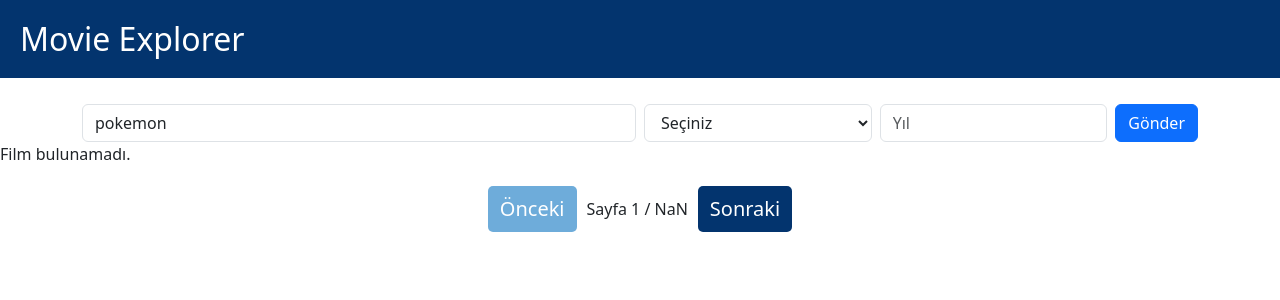
Repository: denizdizi/movie-explorer
Page: /
An editor plug-in stored every save of this project. The page is shown before and after the next save, followed by the edit.
The browser window is 1280 px wide. The pictures show the whole page.
The page's requests for data from a server got no answer. The project was rebuilt for these pictures with package versions that can differ from the ones it lists, and the page was loaded fresh each time. No one was signed in, and anything a server would have sent is missing. Also part of the build but not shown: src/App.css, src/components/MovieCard.js, src/pages/MovieDetail.js.

Above is the page before, as saved 2025-03-29 01:08:00.

### src/index.js
import React from 'react';
import ReactDOM from 'react-dom/client';
import './index.css';
import App from './App';
import reportWebVitals from './reportWebVitals';
import { Provider } from 'react-redux';
import store from "./store/store";
import 'bootstrap/dist/css/bootstrap.min.css';
import 'bootstrap/dist/js/bootstrap.bundle.min';

const root = ReactDOM.createRoot(document.getElementById('root'));
root.render(
  <Provider store={store}>
    <App />
  </Provider>
);

// If you want to start measuring performance in your app, pass a function
// to log results (for example: reportWebVitals(console.log))
// or send to an analytics endpoint. Learn more: https://bit.ly/CRA-vitals
reportWebVitals();

### src/App.js
import './App.css';
import React from "react";
import { BrowserRouter as Router, Routes, Route } from "react-router-dom";
import Home from "./pages/Home";
import MovieDetails from "./pages/MovieDetail";
import "./styles/global.scss";

function App() {
  return (
    <Router>
      <Routes>
        <Route path="/" element={<Home />} />
        <Route path="/movie/:id" element={<MovieDetails />} />
      </Routes>
    </Router>
  );
}

export default App;

### src/store/store.js
import { createStore, applyMiddleware, combineReducers } from "redux";
import { thunk } from "redux-thunk";
import movieReducer from "./reducers";

const rootReducer = combineReducers({
  movies: movieReducer,
});

const store = createStore(rootReducer, applyMiddleware(thunk));

export default store;

### src/pages/Home.js
import React, { useEffect, useState } from "react";
import { useDispatch, useSelector } from "react-redux";
import { fetchMovies } from "../store/actions";
import { setPage } from "../store/actions";
import MovieList from "../components/MovieList";
import SearchBar from "../components/SearchBar";
import Pagination from "../components/Pagination";
import { TailSpin } from 'react-loader-spinner';

const Home = () => {
  const dispatch = useDispatch();
  const { movies } = useSelector((state) => state);

  useEffect(() => {
    dispatch(fetchMovies(movies.formData.query, movies.currentPage, movies.formData.type, movies.formData.year));
  }, [dispatch, movies.currentPage]);

  const handlePageChange = (newPage) => {
    dispatch(setPage(newPage));
  };

  return (
    <div>
      <h1 className="page-title">Movie Explorer</h1>
      <SearchBar/>
      {movies.loading && (
        <div className="loading-overlay">
          {/* TailSpin spinner'ını burada gösteriyoruz */}
          <TailSpin
            height="100"
            width="100"
            color="#00BFFF"
            ariaLabel='loading'
          />
        </div>
      )}
      {movies.error && <p>Hata: {movies.error}</p>}
      <MovieList movies={movies} />
      <Pagination
        currentPage={movies.currentPage}
        totalResults={movies.totalResults}
        onPageChange={handlePageChange}
      />
    </div>
  );
};

export default Home;

### src/styles/global.scss
body {
    padding-top: 80px;
    font-family: 'Franklin Gothic Medium', 'Arial Narrow', Arial, sans-serif;
    background-color: #f9f9f9;
}

.movie-list {
    justify-content: center;
}

.movie-line {
  display: flex;
  flex-wrap: wrap;
  align-items: center;
  margin-bottom: 2em;
  background-color: #f9f9f9;
  gap: 2em;
  justify-content: center;
}

.movie-card {
  width: 100%; /* Kartın genişliği */
  height: 300px; /* Kartın yüksekliği */
  border-radius: 10px; /* Köşeleri yuvarlat */
  box-shadow: 0 4px 8px rgba(0, 0, 0, 0.2); /* Gölgelendirme */
  overflow: hidden; /* İçerik taşmasını engelle */
  background-color: #fff; /* Arka plan beyaz */
  display: flex;
  flex-direction: column; /* İçeriği dikey yerleştir */
  align-items: center;
  justify-content: flex-start; /* Başlık ve içerikler üst kısımda yer alsın */
  padding: 10px;
  border: 1px solid #ddd; /* Çerçeve */
}

.img-container {
  width: 100%; /* Konteynerin genişliği */
  height: 60%; /* Resmin yüksekliği */
  overflow: hidden;
  padding: 0; /* Paddingi sıfırlayın */
  display: flex;
  justify-content: center;
  align-items: center; /* Resmin ortalanması için */
  border-radius: 5px;
}

.img-container img {
  width: 100%;
  height: 100%;
  object-fit: cover; /* Resmi konteynere tam sığdır */
  object-position: center;
}

.movie-card h3 {
  margin-top: 10px;
  font-size: 16px;
  text-align: center;
}

@media (max-width: 700px) {
  .movie-line {
    flex-direction: column;
  }

  .img-container {
    height: 60%; /* Küçük ekranlarda img-container yüksekliğini azaltın */
  }
}

.search-bar {
    display: flex;
    align-items: center;
    justify-content: center;
    margin: 20px 0;
  }

  .input-wrapper {
    display: flex;
    position: relative;
  }

  .search-input {
    padding: 10px;
    font-size: 1rem;
    border-radius: 5px;
    border: 1px solid #ccc;
    width: 300px;
    transition: all 0.3s ease;
  }

  .search-input:focus {
    border-color: #007bff;
    outline: none;
  }

  .clear-btn {
    position: absolute;
    top: 50%;
    right: 10px;
    transform: translateY(-50%);
    background: none;
    border: none;
    font-size: 18px;
    color: #ccc;
    cursor: pointer;
    transition: color 0.3s;
  }

  .search-btn {
    padding: 10px 20px;
    background-color: #03346E;
    color: white;
    border: none;
    border-radius: 5px;
    cursor: pointer;
    margin-left: 10px;
    font-size: 1rem;
  }

  .search-btn:hover {
    background-color: #0056b3;
  }

  .page-title {
    background-color: #03346E; /* Başlık arkaplan rengini koyu gri yapıyoruz */
    color: #fff; /* Yazı rengini beyaz yapıyoruz */
    padding: 20px; /* Arka planın etrafına biraz boşluk ekliyoruz */
    font-size: 2em; /* Başlık boyutunu büyütüyoruz */
    position: fixed; /* Başlık sabitlenecek */
    top: 0; /* Başlık üstte olacak */
    left: 0; /* Başlık solda olacak */
    width: 100%; /* Başlık tam genişlikte olacak */
    z-index: 1000; /* Başlık, diğer içeriklerin üstünde yer alacak */
    margin-top: 0;
  }

  .loading-overlay {
    position: fixed;
    top: 0;
    left: 0;
    width: 100%;
    height: 100%;
    background-color: rgba(0, 0, 0, 0.5); /* Yarı saydam siyah arka plan */
    display: flex;
    justify-content: center;
    align-items: center;
    z-index: 9999; /* Diğer içeriklerin üstünde olmalı */
  }

  .pagination {
    display: flex;
    justify-content: center;
    align-items: center;
    gap: 10px;
    margin: 20px 0;

    button {
      padding: 8px 12px;
      font-size: 20px;
      cursor: pointer;
      border: none;
      background: #03346E;
      color: white;
      border-radius: 5px;

      &:disabled {
        background: #6EACDA;
        cursor: not-allowed;
      }
    }
  }

### src/store/reducers.js
import { SET_PAGE, SET_FORM_DATA, SET_MOVIE, FETCH_MOVIES_REQUEST, FETCH_MOVIES_SUCCESS, FETCH_MOVIES_FAILURE } from "./actions";

const initialState = {
  formData: {
    query: "pokemon",
    type: "",
    year: "",
    page: 1,
  },
  movies: [],
  totalResults: "0",
  currentPage: 1,
  loading: false,
  error: null,
  searchQuery: "pokemon",
  selectedMovie: null,
};

const movieReducer = (state = initialState, action) => {
  switch (action.type) {
    case SET_PAGE:
      return {
        ...state,
        currentPage: action.payload,
      };
      case SET_FORM_DATA:
        return {
          ...state,
          formData: { ...state.formData, ...action.payload }, // Form verilerini günceller
        };
      case SET_MOVIE:
        return {
          ...state,
          selectedMovie: action.payload,
          loading: false,
        };
    case FETCH_MOVIES_REQUEST:
      return { ...state, loading: true };
    case FETCH_MOVIES_SUCCESS:
      return { ...state, loading: false, movies: action.payload.movies, totalResults: action.payload.totalResults };
    case FETCH_MOVIES_FAILURE:
      return { ...state, loading: false, error: action.payload };
    default:
      return state;
  }
};

export default movieReducer;

### src/store/actions.js
import { searchMovies, getMovieDetails } from "../utils/api";

export const FETCH_MOVIES_REQUEST = "FETCH_MOVIES_REQUEST";
export const FETCH_MOVIES_SUCCESS = "FETCH_MOVIES_SUCCESS";
export const FETCH_MOVIES_FAILURE = "FETCH_MOVIES_FAILURE";
export const SET_PAGE = "SET_PAGE";
export const SET_MOVIE = "SET_MOVIE";

export const fetchMovies = (query = "pokemon", page = 1, type, year, id) => async (dispatch) => {
  dispatch({ type: FETCH_MOVIES_REQUEST });

  try {
    const data = await searchMovies(query, page, type, year);
    dispatch({ type: FETCH_MOVIES_SUCCESS, payload: {movies: data.Search, totalResults: data.totalResults} });
  } catch (error) {
    dispatch({ type: FETCH_MOVIES_FAILURE, payload: error.message });
  }
};

export const fetchMoviesById = (id) => async (dispatch) => {
  dispatch({ type: FETCH_MOVIES_REQUEST });

  try {
    const data = await getMovieDetails(id);
    dispatch({ type: SET_MOVIE, payload: data });
  } catch (error) {
    dispatch({ type: FETCH_MOVIES_FAILURE, payload: error.message });
  }
};

export const setPage = (page) => ({
  type: SET_PAGE,
  payload: page,
});

export const SET_FORM_DATA = "SET_FORM_DATA";

export const setFormData = (formData) => ({
  type: SET_FORM_DATA,
  payload: formData,
});

export const MOVIE = "SET_MOVIE";

export const setMovie = (formData) => ({
  type: SET_MOVIE,
  payload: formData,
});

### src/components/MovieList.js
import React from "react";
import { Row, Col } from "react-bootstrap";
import MovieCard from "./MovieCard";

const MovieList = ({ movies }) => {
  if (!movies || !movies.movies || movies.movies.length === 0) {
    return <p>Film bulunamadı.</p>;
  }

  return (
    <div className="movie-list container mt-4">
    <Row className="g-3 justify-content-center">
      {movies.movies.slice(0, 5).map((movie) => (
        <Col key={movie.imdbID} xs={12} sm={6} md={4} lg={2}>
          <MovieCard movie={movie} />
        </Col>
      ))}
    </Row>
    <Row className="g-3 justify-content-center mt-3">
      {movies.movies.slice(5, 10).map((movie) => (
        <Col key={movie.imdbID} xs={12} sm={6} md={4} lg={2}>
          <MovieCard movie={movie} />
        </Col>
      ))}
    </Row>
  </div>
    // <div className="movie-list">
    //   <div className="row movie-line">
    //     {movies.movies.slice(0, 5).map((movie) => (
    //       <MovieCard key={movie.imdbID} movie={movie} />
    //     ))}
    //   </div>
    //   <div className="row movie-line">
    //     {movies.movies.slice(5, 10).map((movie) => (
    //       <MovieCard key={movie.imdbID} movie={movie} />
    //     ))}
    //   </div>
    // </div>
  );
};

export default MovieList;

### src/components/SearchBar.js
import React, { useState } from "react";
import { fetchMovies } from "../store/actions";
import { useDispatch, useSelector } from "react-redux";
import { setFormData, setPage } from "../store/actions"; // Redux store'dan formData'yı güncellemek için kullanıyoruz

const SearchBar = () => {
  const options = [{
    value: "movie",
    label: "Movie",
  },
  {
    value: "series",
    label: "Series",
  },
  {
    value: "episode",
    label: "Episode",
  }];

  const dispatch = useDispatch();

  const [yearError, setYearError] = useState("");
  const { movies } = useSelector((state) => state);
  const { formData } = movies;


  const handleSubmit = (e) => {
    e.preventDefault();
    if (!yearError || formData.query.trim() !== "") {
      dispatch(setPage(1));
      dispatch(fetchMovies(formData.query, formData.page, formData.type, formData.year));
    }
  };

  const handleChange = (e) => {
    const { name, value } = e.target;
    dispatch(setFormData({ [name]: value }));

    if (name === "year") {
      if (value < 1900 || value > 2025) {
        setYearError("Lütfen 1900 ile 2025 arasında bir yıl giriniz.");
      } else {
        setYearError("");
      }
    }
  };

  const isSubmitDisabled = !formData.query.trim();

  return (
    <div className="container mt-4">
      <form onSubmit={handleSubmit}>
        <div className="row g-2">
          <div className="col-6">
            <input type="text" className="form-control" placeholder="Search" onChange={handleChange} name="query" value={formData.query}/>
          </div>
          <div className="col">
            <select className="form-control" style={{ appearance: "auto" }} onChange={handleChange} name="type" value={formData.type}>
              <option value="">Seçiniz</option>
              {options.map((option, index) => (
                <option key={index} value={option.value}>{option.label}</option>
              ))}
            </select>         </div>
          <div className="col">
            <input
              type="number"
              className="form-control"
              placeholder="Yıl"
              min="1900"
              max="2025"
              onChange={handleChange}
              name="year"
              value={formData.year}
            />
            {yearError && <small className="text-danger">{yearError}</small>}
          </div>
          <div className="col-auto">
            <button type="submit" className="btn btn-primary" disabled={isSubmitDisabled}>Gönder</button>
          </div>
        </div>
      </form>
    </div>
  );
};

export default SearchBar;

### src/components/Pagination.js
import React from "react";

const Pagination = ({currentPage, totalResults, onPageChange}) => {
  const totalPages = Math.ceil(totalResults / 10);

  const handleNext = () => {
    if (currentPage < totalPages) {
      onPageChange(currentPage + 1);
    }
  };

  const handlePrev = () => {
    if (currentPage > 1) {
      onPageChange(currentPage - 1);
    }
  };

  return (
    <div className="pagination">
      <button onClick={handlePrev} disabled={currentPage === 1}>
        Önceki
      </button>
      <span>Sayfa {currentPage} / {totalPages}</span>
      <button onClick={handleNext} disabled={currentPage === totalPages}>
        Sonraki
      </button>
    </div>
  );
};

export default Pagination;

### src/utils/api.js
import axios from "axios";

const API_KEY = "df54e6ed";
const BASE_URL = "https://www.omdbapi.com/";

export const searchMovies = async (text, page, type, year) => {
  try {
    const response = await axios.get(BASE_URL, {
      params: {
        apikey: API_KEY,
        s: text,
        y: year,
        type: type,
        page: page,
      },
    });
    return response.data;
  } catch (error) {
    console.error("Film arama hatası:", error);
    return [];
  }
};

export const getMovieDetails = async (movieID) => {
  try {
    const response = await axios.get(BASE_URL, {
      params: {
        apikey: API_KEY,
        i: movieID,
      },
    });
    return response.data;
  } catch (error) {
    console.error("Film detaylarını getirme hatası:", error);
    return null;
  }
};

Loaded but not shown: public/index.html (common file); src/index.css (common file); src/reportWebVitals.js (common file); src/styles/movie.scss (no stored copy; drawn as an empty file)

After the next save:
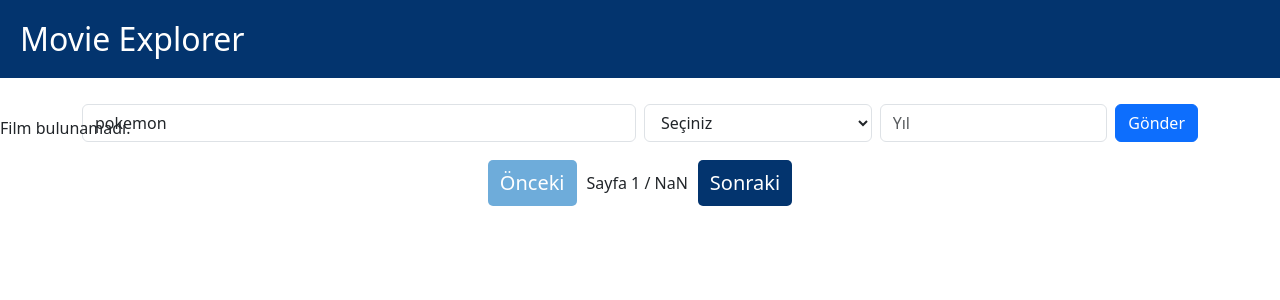
Saved 5 min 23 s later.
--- a/src/components/SearchBar.js
+++ b/src/components/SearchBar.js
@@ -48,7 +48,7 @@ const SearchBar = () => {
   const isSubmitDisabled = !formData.query.trim();
 
   return (
-    <div className="container mt-4">
+    <div className="container mt-4" style={{ height: "20px" }}>
       <form onSubmit={handleSubmit}>
         <div className="row g-2">
           <div className="col-6">
